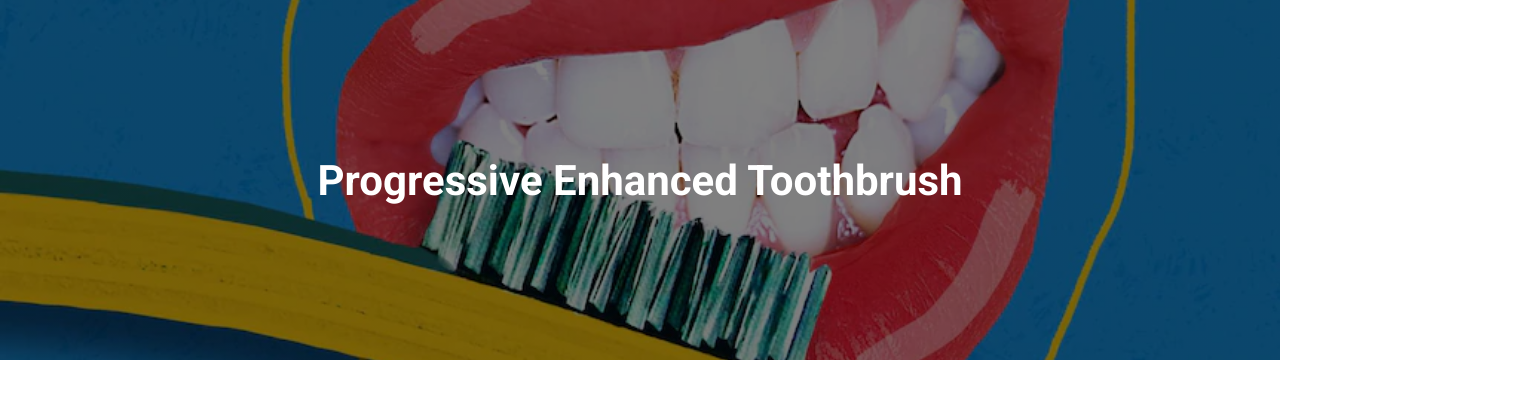
Repository: norakramer1/browser-technologies-2122
Page: progressive-enhanced-toothbrush-main/index.html
An editor plug-in stored every save of this project. The page is shown before and after the next save, followed by the edit.
The browser window is 1280 px wide. The page is 1280 px wide, then 1536 px, so the pictures cover 1536 px, including what lies to the right of the window. The pictures show the whole page.

Above is the page before, as saved 2022-03-23 11:55:41.

After the next save:
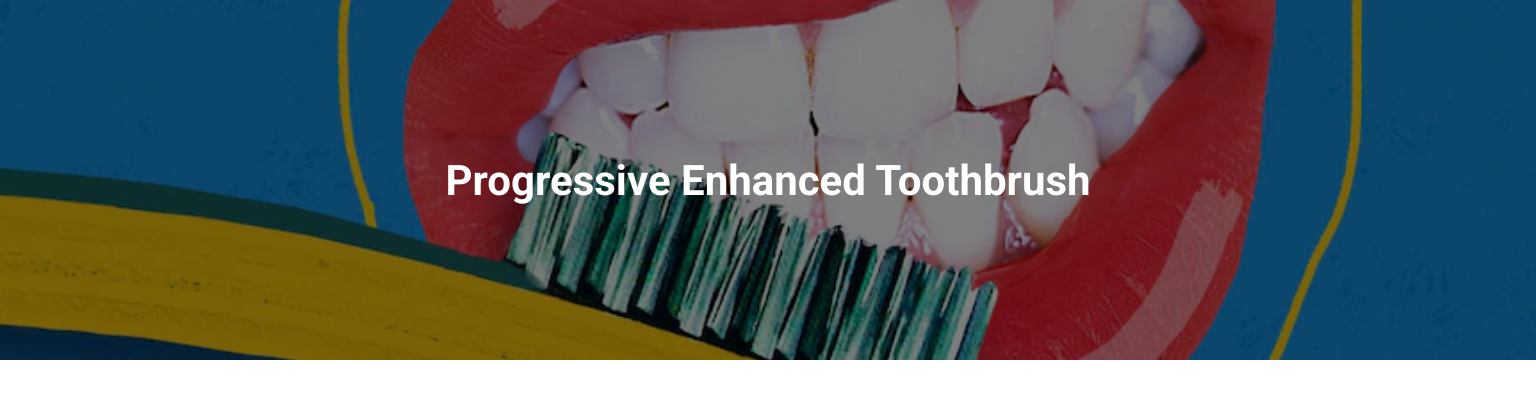
Saved 13 s later.
--- a/progressive-enhanced-toothbrush-main/style.css
+++ b/progressive-enhanced-toothbrush-main/style.css
@@ -15,6 +15,7 @@
     height: 50vh;
     display: grid;
     place-items: center;
+    padding: 0 10%;
 }
 
 h1 {
